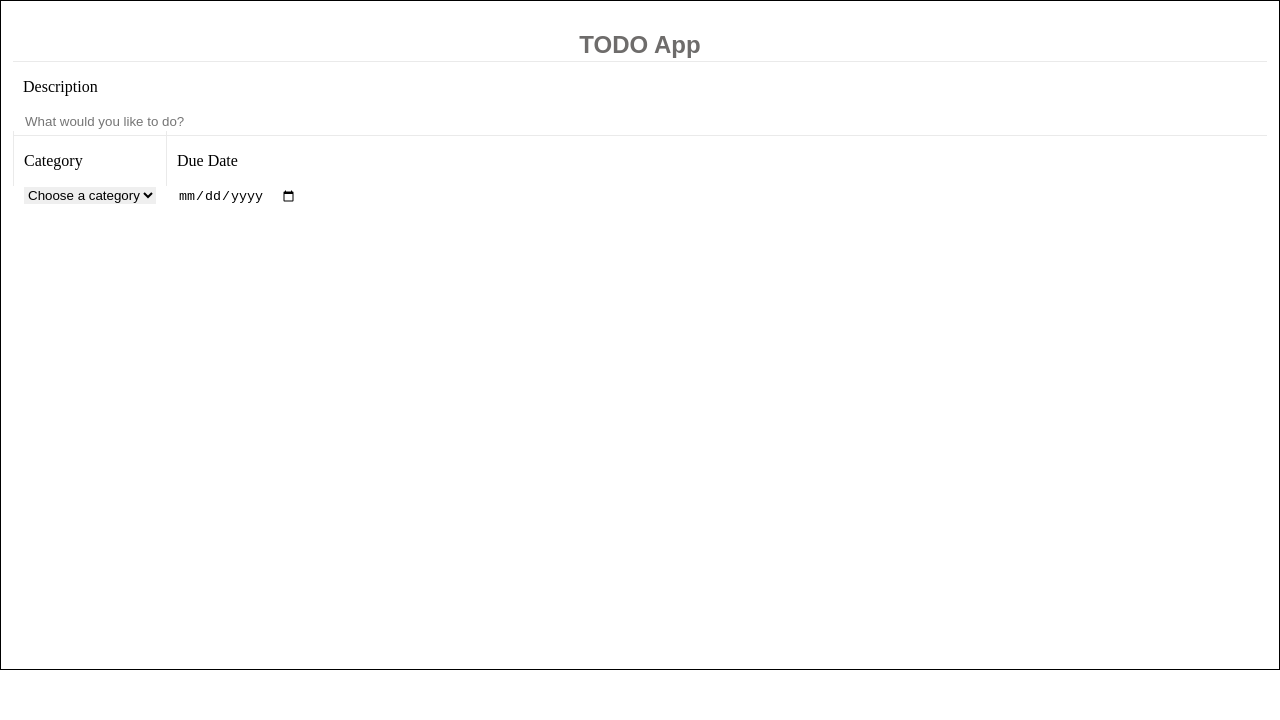
Repository: king-slayer97/TODO-App
Page: http://localhost/
These files come from the project's save history. The page is drawn as it stood at one moment and after a run of saves; the edit follows.
The browser window is 1280 px wide. The pictures show the whole page.
The page is served by the project's Node server (index.js).

Above is the page before, as saved 2022-08-15 17:17:45.

After the next 3 saves:
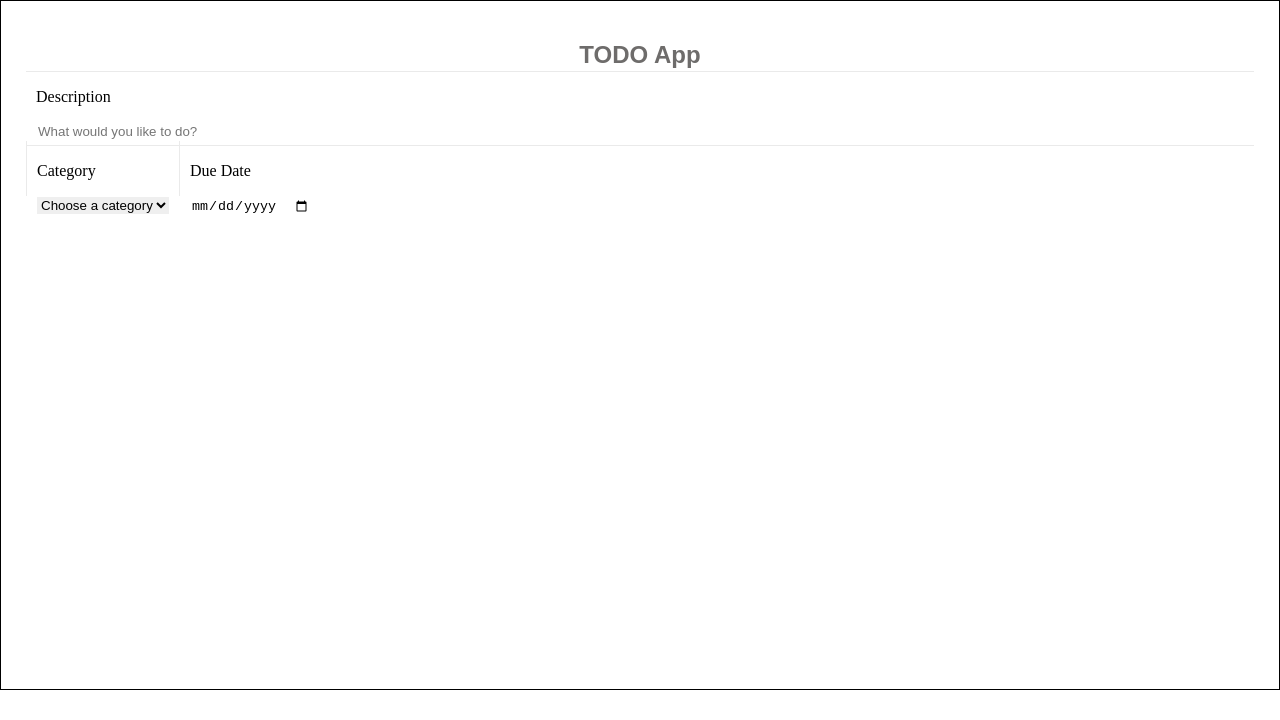
The 3 saves are shown as one change because they came seconds apart.
The last was saved 2 min 57 s later.
--- a/assets/css/home.css
+++ b/assets/css/home.css
@@ -4,7 +4,7 @@ body{
 
 .wrapper{
     border: 1px solid black;
-    padding: 10px 12px;
+    padding: 20px 25px;
     height: 90vh;
 }
 
